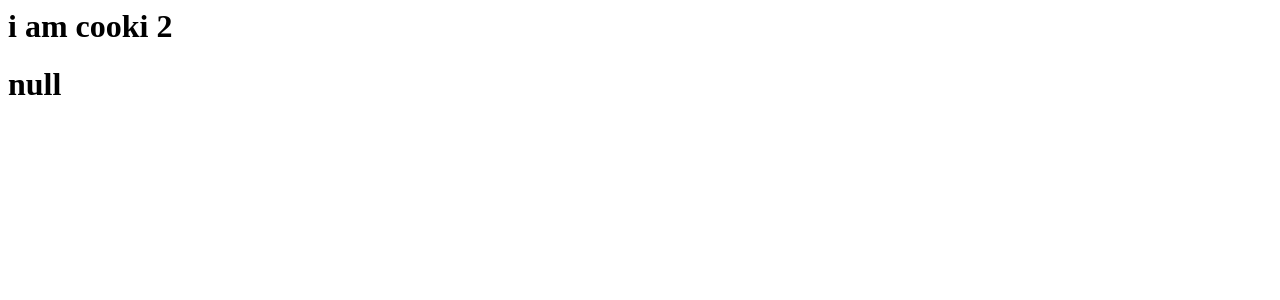
Repository: mubashirkhan1/Corejsvs__Programs
Page: http://localhost/TestWeb/cookies2
The author's editor kept a copy of each file at every save. The page is drawn from the files as they stood at one save, then again after the next save.
The browser window is 1280 px wide. The pictures show the whole page.
The page is served by Tomcat 9.

Above is the page before, as saved 2021-03-05 15:46:59.

After the next save:
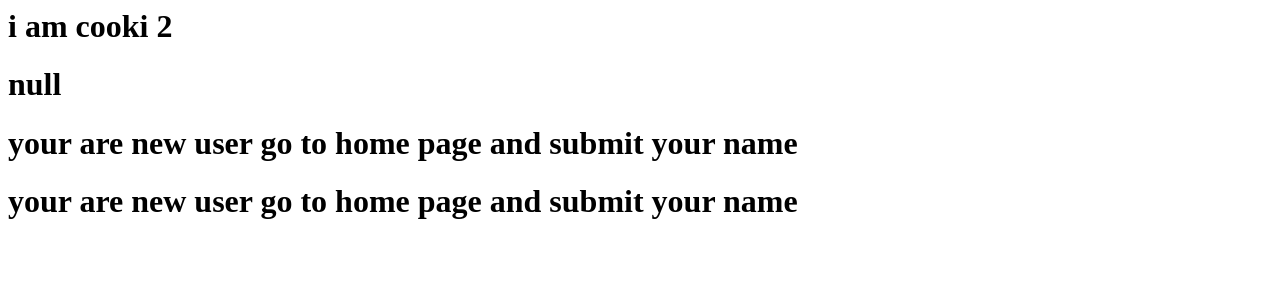
Saved 35 min 27 s later.
--- a/basicprogram/TestWeb/src/com/cookies2/cookies2.java
+++ b/basicprogram/TestWeb/src/com/cookies2/cookies2.java
@@ -5,6 +5,7 @@ import java.io.PrintWriter;
 
 import javax.servlet.ServletException;
 import javax.servlet.annotation.WebServlet;
+import javax.servlet.http.Cookie;
 import javax.servlet.http.HttpServlet;
 import javax.servlet.http.HttpServletRequest;
 import javax.servlet.http.HttpServletResponse;
@@ -19,7 +20,33 @@ public class cookies2 extends HttpServlet {
 		 rs.setContentType("text/html");
 		 PrintWriter pw=rs.getWriter();
 		 pw.println("<h1>i am cooki 2                 <h1>"+name);
-		;
+		Cookie co[]=  rq.getCookies();
+		boolean f=false;
+		String name1="";
+		if(co==null) {
+			pw.print("<h1>your are new user go to home page and submit your name<h1>");
+
+		}
+		else {
+			for(Cookie co1: co) {
+
+				String tname=co1.getName();
+				if(tname.equals("username"))
+				{
+					 f=true;
+					 name1 =co1.getValue();
+				}
+
+				}
+
+
+			}
+		      if(f) {
+		    		pw.print("<h1>ywelcom back my website <h1>"+ name1);
+		    	    pw.println("<h1>thank you<h1>");
+		      }else {
+		    	  pw.print("<h1>your are new user go to home page and submit your name<h1>");
+
+		      }
+		}
 	}
-
-}
